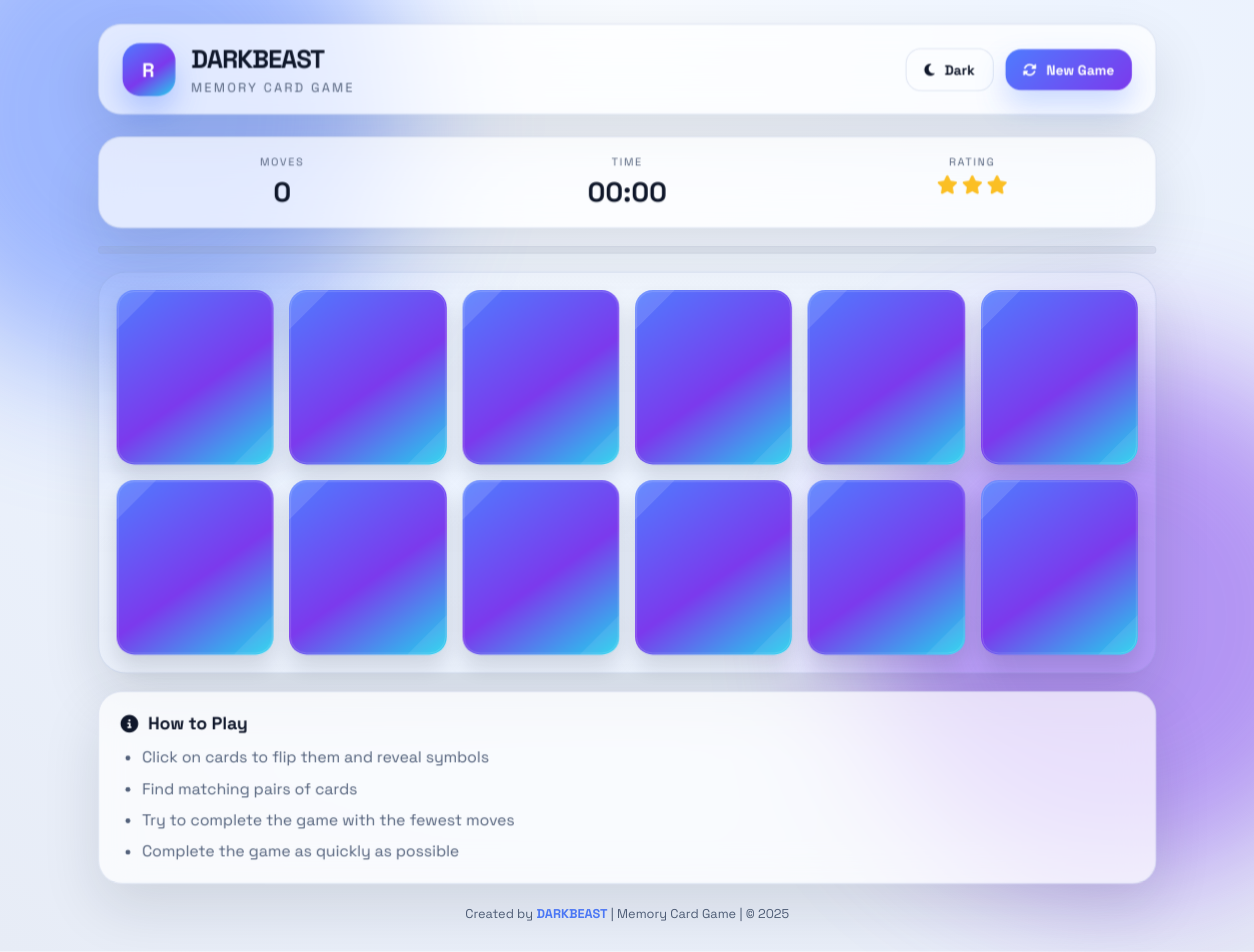
Repository: ruzni-dev/17-memory-card-game
Page: index.html
An editor plug-in stored every save of this project. The page is shown before and after the next save, followed by the edit.
The browser window is 1280 px wide. The pictures show the whole page, at 98% of full size.

Above is the page before, as saved 2026-05-20 11:45:32.

After the next save:
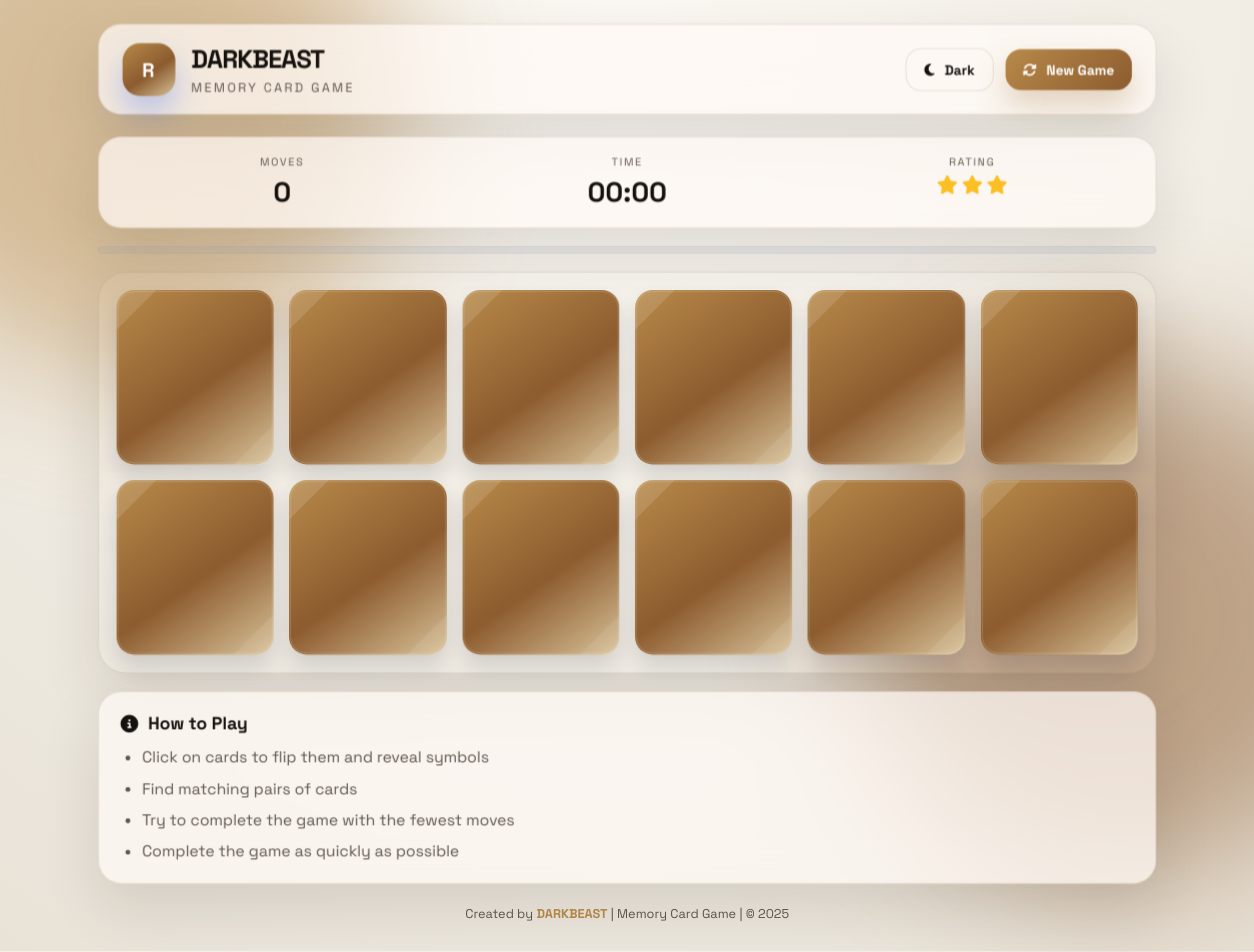
Saved 4 min 26 s later.
--- a/assets/css/style.css
+++ b/assets/css/style.css
@@ -1,35 +1,35 @@
 :root {
     color-scheme: light;
-    --bg: radial-gradient(circle at top, #f8fbff 0%, #edf4ff 42%, #e7ecf6 100%);
-    --text: #0f172a;
-    --text-soft: #52607a;
-    --surface: rgba(255, 255, 255, 0.7);
-    --surface-strong: rgba(255, 255, 255, 0.9);
-    --border: rgba(123, 147, 197, 0.22);
-    --shadow: 0 24px 60px rgba(15, 23, 42, 0.12);
-    --accent: #4f7cff;
-    --accent-2: #7c3aed;
-    --accent-3: #22d3ee;
-    --card-back: linear-gradient(145deg, #4f7cff 0%, #7c3aed 55%, #22d3ee 100%);
-    --card-front: linear-gradient(145deg, rgba(255, 255, 255, 0.95) 0%, rgba(244, 247, 255, 0.96) 100%);
-    --board-glow: rgba(79, 124, 255, 0.18);
+    --bg: radial-gradient(circle at top, #fbf8f3 0%, #f3efe7 44%, #e8e2d7 100%);
+    --text: #14110f;
+    --text-soft: #5f564f;
+    --surface: rgba(255, 250, 245, 0.72);
+    --surface-strong: rgba(255, 248, 240, 0.9);
+    --border: rgba(158, 134, 106, 0.22);
+    --shadow: 0 24px 60px rgba(35, 25, 18, 0.12);
+    --accent: #b88a4a;
+    --accent-2: #8d5c2f;
+    --accent-3: #d9c39a;
+    --card-back: linear-gradient(145deg, #b88a4a 0%, #8d5c2f 55%, #d9c39a 100%);
+    --card-front: linear-gradient(145deg, rgba(255, 252, 247, 0.95) 0%, rgba(247, 239, 227, 0.98) 100%);
+    --board-glow: rgba(184, 138, 74, 0.18);
 }
 
 [data-theme="dark"] {
     color-scheme: dark;
-    --bg: radial-gradient(circle at top, #0f172a 0%, #0b1020 46%, #070b16 100%);
-    --text: #e5eefc;
-    --text-soft: #9db0d1;
-    --surface: rgba(13, 18, 32, 0.72);
-    --surface-strong: rgba(15, 22, 40, 0.88);
-    --border: rgba(143, 169, 255, 0.18);
-    --shadow: 0 30px 70px rgba(0, 0, 0, 0.45);
-    --accent: #7dd3fc;
-    --accent-2: #a78bfa;
-    --accent-3: #34d399;
-    --card-back: linear-gradient(145deg, #0ea5e9 0%, #8b5cf6 55%, #14b8a6 100%);
-    --card-front: linear-gradient(145deg, rgba(15, 23, 42, 0.96) 0%, rgba(18, 28, 52, 0.98) 100%);
-    --board-glow: rgba(125, 211, 252, 0.18);
+    --bg: radial-gradient(circle at top, #111111 0%, #0a0a0a 46%, #040404 100%);
+    --text: #f4efe8;
+    --text-soft: #c3b9ad;
+    --surface: rgba(18, 17, 16, 0.72);
+    --surface-strong: rgba(23, 21, 20, 0.9);
+    --border: rgba(214, 196, 169, 0.18);
+    --shadow: 0 30px 70px rgba(0, 0, 0, 0.55);
+    --accent: #e3b56a;
+    --accent-2: #9f6b3e;
+    --accent-3: #f2d6a2;
+    --card-back: linear-gradient(145deg, #e3b56a 0%, #9f6b3e 55%, #f2d6a2 100%);
+    --card-front: linear-gradient(145deg, rgba(28, 24, 21, 0.96) 0%, rgba(18, 16, 14, 0.98) 100%);
+    --board-glow: rgba(227, 181, 106, 0.18);
 }
 
 * {
@@ -172,7 +172,7 @@
 
 .btn {
     background: linear-gradient(135deg, var(--accent) 0%, var(--accent-2) 100%);
-    box-shadow: 0 16px 30px rgba(79, 124, 255, 0.28);
+    box-shadow: 0 16px 30px rgba(156, 110, 58, 0.28);
 }
 
 .btn-secondary {
@@ -331,7 +331,7 @@
 }
 
 .card.match {
-    box-shadow: 0 0 0 1px rgba(255, 255, 255, 0.16), 0 18px 34px rgba(34, 211, 238, 0.18);
+    box-shadow: 0 0 0 1px rgba(255, 255, 255, 0.16), 0 18px 34px rgba(216, 179, 121, 0.2);
 }
 
 .instructions {

After the save that followed:
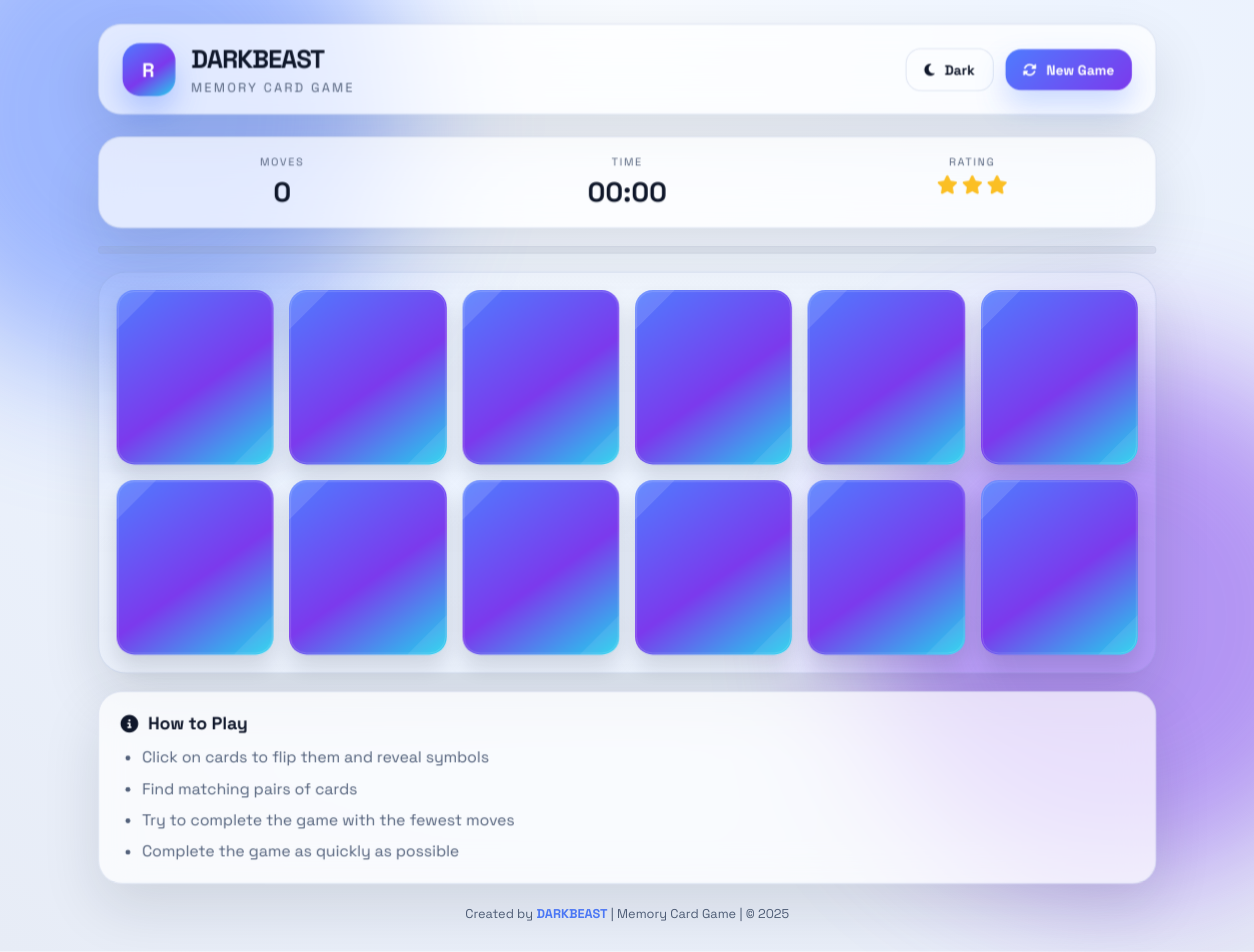
Saved 15 s later.
--- a/assets/css/style.css
+++ b/assets/css/style.css
@@ -1,35 +1,35 @@
 :root {
     color-scheme: light;
-    --bg: radial-gradient(circle at top, #fbf8f3 0%, #f3efe7 44%, #e8e2d7 100%);
-    --text: #14110f;
-    --text-soft: #5f564f;
-    --surface: rgba(255, 250, 245, 0.72);
-    --surface-strong: rgba(255, 248, 240, 0.9);
-    --border: rgba(158, 134, 106, 0.22);
-    --shadow: 0 24px 60px rgba(35, 25, 18, 0.12);
-    --accent: #b88a4a;
-    --accent-2: #8d5c2f;
-    --accent-3: #d9c39a;
-    --card-back: linear-gradient(145deg, #b88a4a 0%, #8d5c2f 55%, #d9c39a 100%);
-    --card-front: linear-gradient(145deg, rgba(255, 252, 247, 0.95) 0%, rgba(247, 239, 227, 0.98) 100%);
-    --board-glow: rgba(184, 138, 74, 0.18);
+    --bg: radial-gradient(circle at top, #f8fbff 0%, #edf4ff 42%, #e7ecf6 100%);
+    --text: #0f172a;
+    --text-soft: #52607a;
+    --surface: rgba(255, 255, 255, 0.7);
+    --surface-strong: rgba(255, 255, 255, 0.9);
+    --border: rgba(123, 147, 197, 0.22);
+    --shadow: 0 24px 60px rgba(15, 23, 42, 0.12);
+    --accent: #4f7cff;
+    --accent-2: #7c3aed;
+    --accent-3: #22d3ee;
+    --card-back: linear-gradient(145deg, #4f7cff 0%, #7c3aed 55%, #22d3ee 100%);
+    --card-front: linear-gradient(145deg, rgba(255, 255, 255, 0.95) 0%, rgba(244, 247, 255, 0.96) 100%);
+    --board-glow: rgba(79, 124, 255, 0.18);
 }
 
 [data-theme="dark"] {
     color-scheme: dark;
-    --bg: radial-gradient(circle at top, #111111 0%, #0a0a0a 46%, #040404 100%);
-    --text: #f4efe8;
-    --text-soft: #c3b9ad;
-    --surface: rgba(18, 17, 16, 0.72);
-    --surface-strong: rgba(23, 21, 20, 0.9);
-    --border: rgba(214, 196, 169, 0.18);
-    --shadow: 0 30px 70px rgba(0, 0, 0, 0.55);
-    --accent: #e3b56a;
-    --accent-2: #9f6b3e;
-    --accent-3: #f2d6a2;
-    --card-back: linear-gradient(145deg, #e3b56a 0%, #9f6b3e 55%, #f2d6a2 100%);
-    --card-front: linear-gradient(145deg, rgba(28, 24, 21, 0.96) 0%, rgba(18, 16, 14, 0.98) 100%);
-    --board-glow: rgba(227, 181, 106, 0.18);
+    --bg: radial-gradient(circle at top, #0f172a 0%, #0b1020 46%, #070b16 100%);
+    --text: #e5eefc;
+    --text-soft: #9db0d1;
+    --surface: rgba(13, 18, 32, 0.72);
+    --surface-strong: rgba(15, 22, 40, 0.88);
+    --border: rgba(143, 169, 255, 0.18);
+    --shadow: 0 30px 70px rgba(0, 0, 0, 0.45);
+    --accent: #7dd3fc;
+    --accent-2: #a78bfa;
+    --accent-3: #34d399;
+    --card-back: linear-gradient(145deg, #0ea5e9 0%, #8b5cf6 55%, #14b8a6 100%);
+    --card-front: linear-gradient(145deg, rgba(15, 23, 42, 0.96) 0%, rgba(18, 28, 52, 0.98) 100%);
+    --board-glow: rgba(125, 211, 252, 0.18);
 }
 
 * {
@@ -172,7 +172,7 @@
 
 .btn {
     background: linear-gradient(135deg, var(--accent) 0%, var(--accent-2) 100%);
-    box-shadow: 0 16px 30px rgba(156, 110, 58, 0.28);
+    box-shadow: 0 16px 30px rgba(79, 124, 255, 0.28);
 }
 
 .btn-secondary {
@@ -331,7 +331,7 @@
 }
 
 .card.match {
-    box-shadow: 0 0 0 1px rgba(255, 255, 255, 0.16), 0 18px 34px rgba(216, 179, 121, 0.2);
+    box-shadow: 0 0 0 1px rgba(255, 255, 255, 0.16), 0 18px 34px rgba(34, 211, 238, 0.18);
 }
 
 .instructions {
